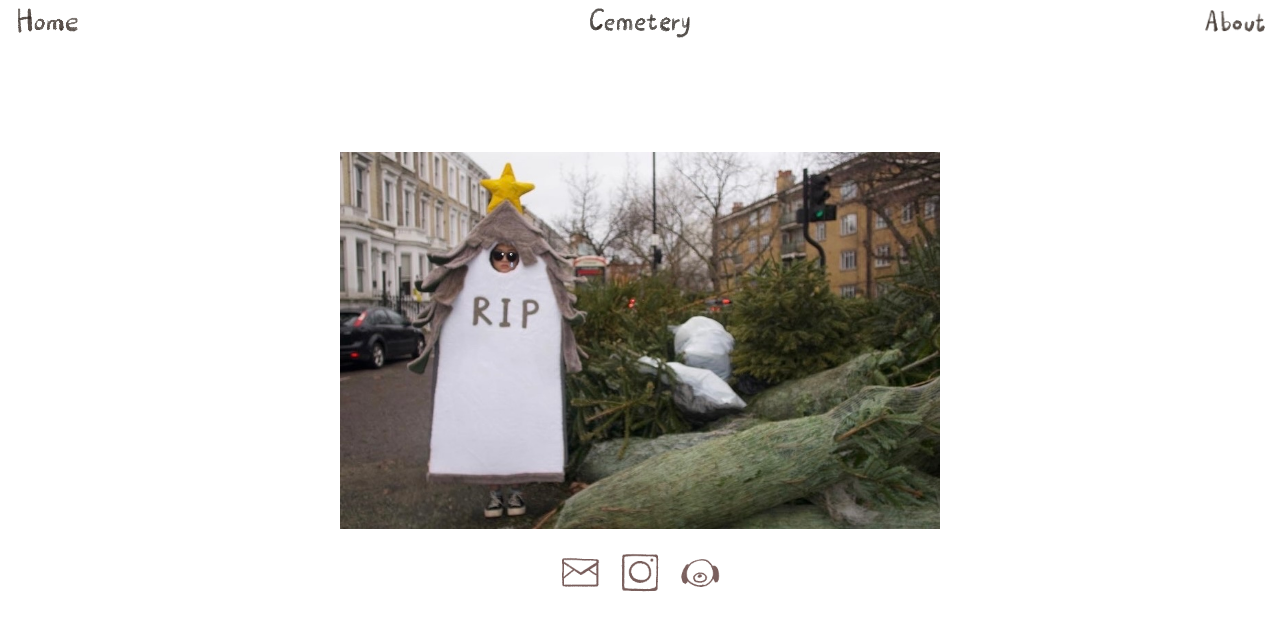
Repository: FuugaMo/ByeByeChristmasTree.github.io
Page: about.html
The author's editor kept a copy of each file at every save. The page is drawn from the files as they stood at one save, then again after the next save.
The browser window is 1280 px wide. The pictures show the whole page.

Above is the page before, as saved 2023-08-02 09:32:39.

After the next save:
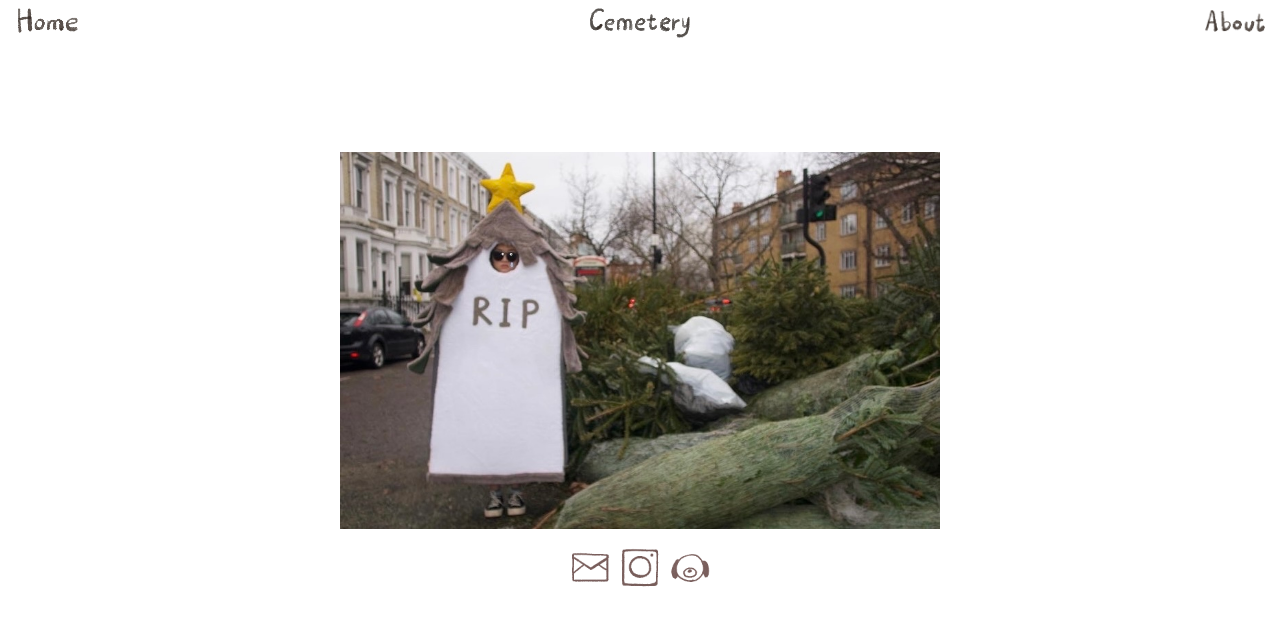
Saved 73 s later.
--- a/about.css
+++ b/about.css
@@ -100,7 +100,7 @@ html {
 }
 
 .link a {
-    margin: 10px;
+    margin: 5px;
     /* 可根据需要调整间距 */
 }
 
